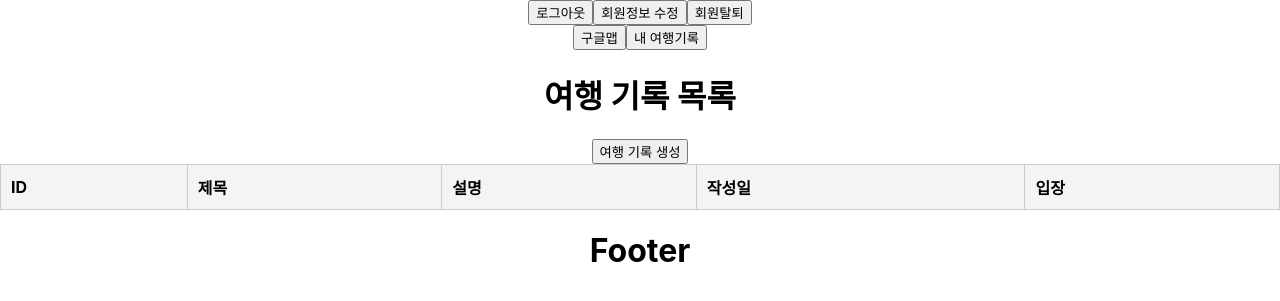
Repository: gimm5550/frontend2
Page: /mainlist
An editor plug-in stored every save of this project. The page is shown before and after the next save, followed by the edit.
The browser window is 1280 px wide. The pictures show the whole page.
The page's requests for data from a server got no answer. The project was rebuilt for these pictures with package versions that can differ from the ones it lists, and the page was loaded fresh each time. No one was signed in, and anything a server would have sent is missing. Also part of the build but not shown: src/url.js, src/components/common/KakaoLoginButton.js, src/components/FromServer.js, src/components/UserDetail.js, src/components/layout/LandingPageLayout.js, src/components/layout/UserDetailLayout.js, src/components/LoginForm.js, src/components/layout/LoginFormLayout.js and 18 more.

Above is the page before, as saved 2024-11-17 18:55:32.

After the next save:
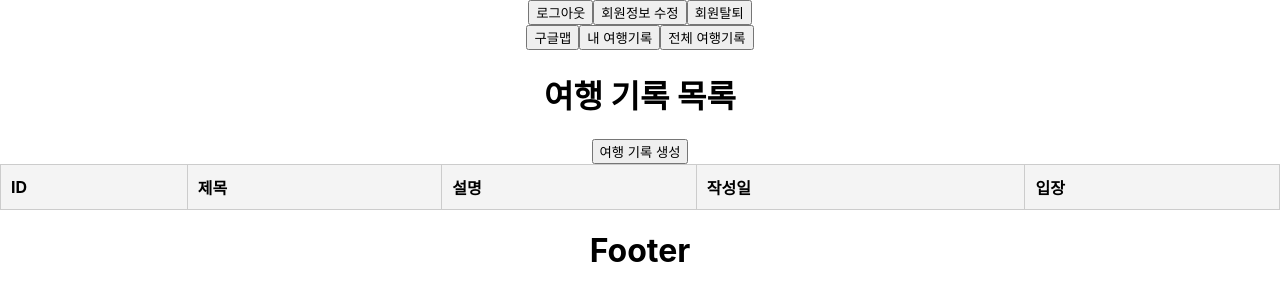
Saved 9 h 4 min later.
--- a/src/components/MainList.js
+++ b/src/components/MainList.js
@@ -62,10 +62,15 @@ export default function MainList() {
         navigate('/MyTravel'); // 지정된 경로로 이동
     };
 
+    const handleEnterTravel = () => {
+        navigate('/MyTravel'); // 지정된 경로로 이동
+    };
+
     return (
         <div>
             <button onClick={() => handleEnterGoogleMap()}>구글맵</button>
             <button onClick={() => handleEnterMyTravel()}>내 여행기록</button>
+            <button onClick={() => handleEnterTravel()}>전체 여행기록</button>
             <h1>여행 기록 목록</h1>
             <button onClick={() => setIsPopupOpen(true)}>여행 기록 생성</button> {/* 여행 기록 생성 버튼 */}
             <table>
